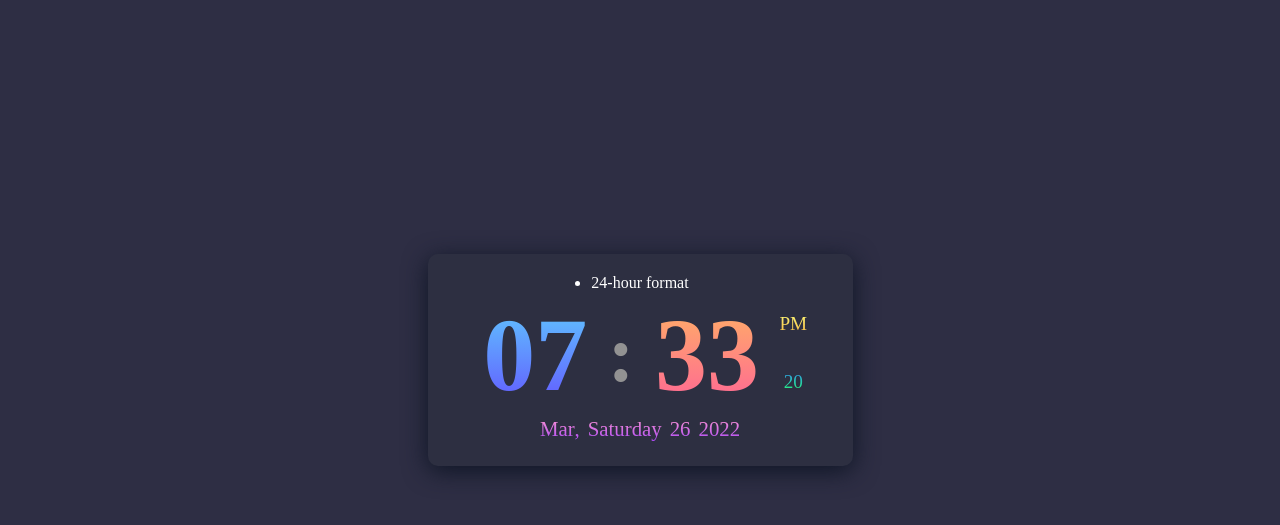
Repository: QUANGTHAI2003/digital-clock
Page: index.html
An editor plug-in stored every save of this project. The page is shown before and after a run of saves, followed by the edit.
The browser window is 1280 px wide. The pictures show the whole page.
Some icons come from a web library that is not loaded, so they are not drawn.

Above is the page before, as saved 2022-03-26 23:21:29.
Console error: TypeError: year.addEventListener is not a function

### index.html
<!DOCTYPE html>
<html lang="en">
    <head>
        <meta charset="UTF-8" />
        <meta http-equiv="X-UA-Compatible" content="IE=edge" />
        <meta name="viewport" content="width=device-width, initial-scale=1.0" />
        <title>Digital-Clock</title>
        <link rel="stylesheet" href="style.css" />
        <link rel="stylesheet" href="https://unicons.iconscout.com/release/v4.0.0/css/line.css" />
    </head>
    <body>
        <div class="digital-clock">
            <i class="uil uil-ellipsis-v dot-menu-btn"></i>
            <ul class="dot-menu">
                <li class="menu-item">
                    <span class="clock-format-text">24-hour format</span>
                    <div class="format-switch-btn"></div>
                </li>
            </ul>
            <div class="time">
                <span class="hours">00</span>
                <span class="dots">:</span>
                <span class="minutes">00</span>
                <div class="right-side">
                    <span class="period">AN/PM</span>
                    <span class="seconds">00</span>
                </div>
            </div>
            <div class="calendar">
                <span class="month-name">Mar</span>,
                <span class="day-name">Sunday</span>
                <span class="day-number">6</span>
                <span class="year">2022</span>
            </div>
        </div>
        <script src="./app.js"></script>
    </body>
</html>

### style.css
@import url('https://fonts.googleapis.com/css2?family=Poppins:ital,wght@0,100;0,200;0,300;0,400;0,500;0,600;0,700;0,800;0,900;1,100;1,200;1,300;1,400;1,500;1,600;1,700;1,800;1,900&display=swap');

* {
    margin: 0;
    padding: 0;
    box-sizing: border-box;
    font-family: 'Poppins'sans-serif;
}

body {
    min-height: 100vh;
    display: flex;
    justify-content: center;
    align-items: center;
    background: #2e2e44;
}

.digital-clock {
    position: relative;
    color: #fff;
    background: #2d2f41;
    width: 425px;
    padding: 20px 45px;
    box-shadow: 0 5px 25px rgba(14, 21, 37, 08);
    border-radius: 10px;
    display: flex;
    justify-content: center;
    align-items: center;
    flex-direction: column;
}

.time {
    position: relative;
    display: flex;
    justify-content: center;
    align-items: center;
}

.hours,
.dots,
.minutes {
    display: flex;
    justify-content: center;
    align-items: center;
    font-weight: 600;
    padding: 0 10px;
    line-height: 125px;
}

.hours,
.minutes {
    font-size: 6.5em;
    width: 125px;
}

.dots {
    font-size: 5em;
    color: #929292;
}

.hours {
    background: -webkit-linear-gradient(90deg, #634dff, #5fd4ff);
    -webkit-text-fill-color: transparent;
    -webkit-background-clip: text;
}

.minutes {
    background: -webkit-linear-gradient(90deg, #ff5e9a, #ffb960);
    -webkit-text-fill-color: transparent;
    -webkit-background-clip: text;
}

.right-side {
    position: relative;
    display: flex;
    justify-content: center;
    align-items: center;
    flex-direction: column;
    margin-left: 10px;
}

.period,
.seconds {
    font-size: 1.2em;
    font-weight: 500;
}

.period {
    transform: translateY(-20px);
    background: -webkit-linear-gradient(90deg, #f7b63f, #faf879);
    -webkit-text-fill-color: transparent;
    -webkit-background-clip: text;
}

.seconds {
    transform: translateY(16px);
    background: -webkit-linear-gradient(90deg, #24ff6d, #2f93f1);
    -webkit-text-fill-color: transparent;
    -webkit-background-clip: text;
}

.calendar {
    display: flex;
    justify-content: center;
    align-items: center;
    font-size: 1.3em;
    font-weight: 500;
    margin-bottom: 5px;
    background: -webkit-linear-gradient(90deg, #ae4af6, #ff98d1);
    -webkit-text-fill-color: transparent;
    -webkit-background-clip: text;
}

.day-name,
.day-number,
.year {
    margin-left: 8px;
}

.dot-menu-btn {
    position: absolute;
    top: 0;
    right: 0;
    margin: 10px;
    color: #efefef;
    font-size: 1.5em;
    cursor: pointer;
}

.dot-menu {
    z-index: 10;
}

### app.js
function clock() {
    var today = new Date();
    var hours = today.getHours();
    var minutes = today.getMinutes();
    var seconds = today.getSeconds();
    var period = "AM"

    // Set the time period(AM or PM)
    if (hours >= 12) {
        period = "PM";
    }
    // Set the 12-hour clock format
    hours = hours > 12 ? hours % 12 : hours

    // Add the 0 for the values of lower than 10
    if (hours < 10) {
        hours = "0" + hours;
    }
    if (minutes < 10) {
        minutes = "0" + minutes;
    }
    if (seconds < 10) {
        seconds = "0" + seconds;
    }

    document.querySelector(".hours").innerHTML = hours;
    document.querySelector(".minutes").innerHTML = minutes;
    document.querySelector(".seconds").innerHTML = seconds;
    document.querySelector(".period").innerHTML = period;
}

var updateClock = setInterval(clock, 1000);

// Get the date in javascript
var today = new Date();
const dayNumber = today.getDate();
const year = today.getFullYear();
const dayName = today.toLocaleString('default', { weekday: 'long' });
const monthName = today.toLocaleString('default', { month: 'short' });

document.querySelector(".month-name").innerHTML = monthName;
document.querySelector(".day-name").innerHTML = dayName;
document.querySelector(".day-number").innerHTML = dayNumber;
document.querySelector(".year").innerHTML = year;

year.addEventListener("click", function () {
    alert("The year is " + year);
});

After the next 2 saves:
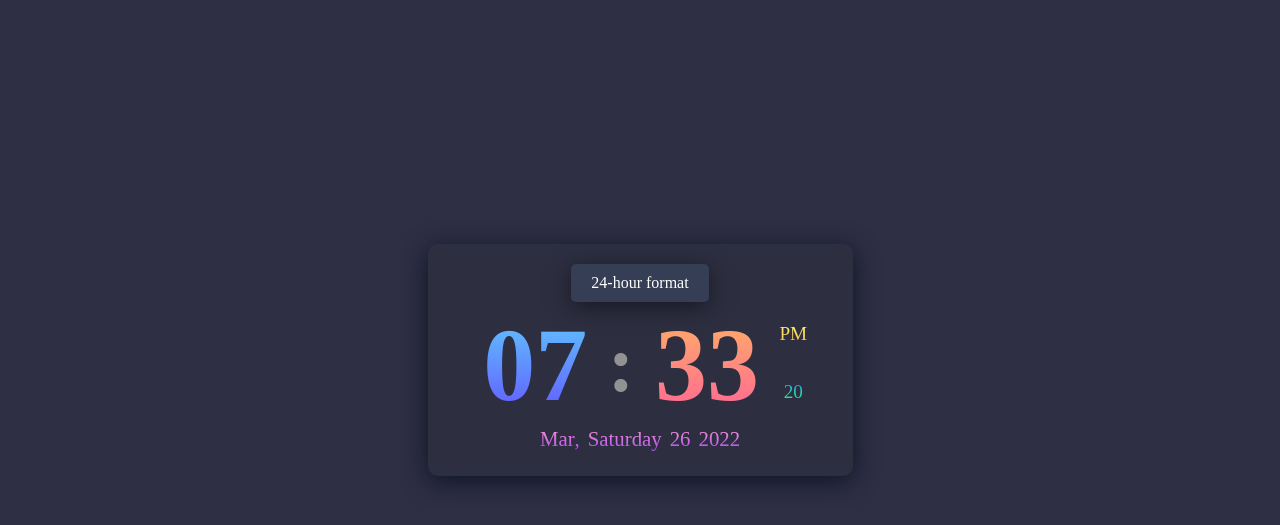
The 2 saves are shown as one change because they came seconds apart.
The last was saved 91 s later.
--- a/style.css
+++ b/style.css
@@ -128,5 +128,10 @@ body {
 }
 
 .dot-menu {
-    z-index: 10;
+    z-index: 999;
+    list-style: none;
+    background: #353e54;
+    padding: 10px 20px;
+    border-radius: 5px;
+    box-shadow: 0 5px 25px rgba(0, 0, 0, 0.5);
 }
